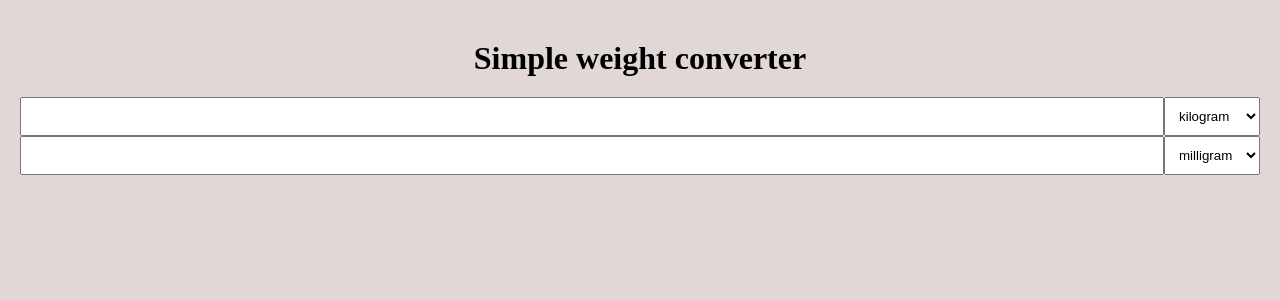
Repository: Eugene44-hub/weight-converter
Page: index.html
These files come from the project's save history. The page is drawn as it stood at one moment and after a run of saves; the edit follows.
The browser window is 1280 px wide. The pictures show the whole page.

Above is the page before, as saved 2021-09-20 04:51:14.

After the next 2 saves:
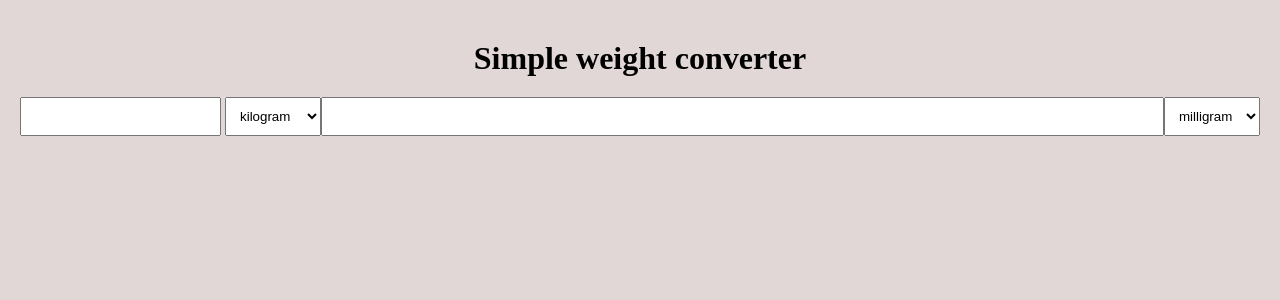
The 2 saves are shown as one change because they came seconds apart.
The last was saved 8 s later.
--- a/index.html
+++ b/index.html
@@ -13,14 +13,14 @@
     <div class="converter">
         <h1>Simple weight converter</h1>
         <div class="typed">
+            <input type="number" id="typed">
+            <select name="" id="in-weight">
+        <option value="kg">kilogram</option>
+        <option value="ou">ounce</option>
+        <option value="mg">milligram</option>
+      </select>
+        </div>
 
-        </div>
-        <input type="number" id="typed">
-        <select name="" id="in-weight">
-      <option value="kg">kilogram</option>
-      <option value="ou">ounce</option>
-      <option value="mg">milligram</option>
-    </select>
         <input type="number" id="output">
         <select name="" id="out-weight">
       <option value="mg">milligram</option>

After the save that followed:
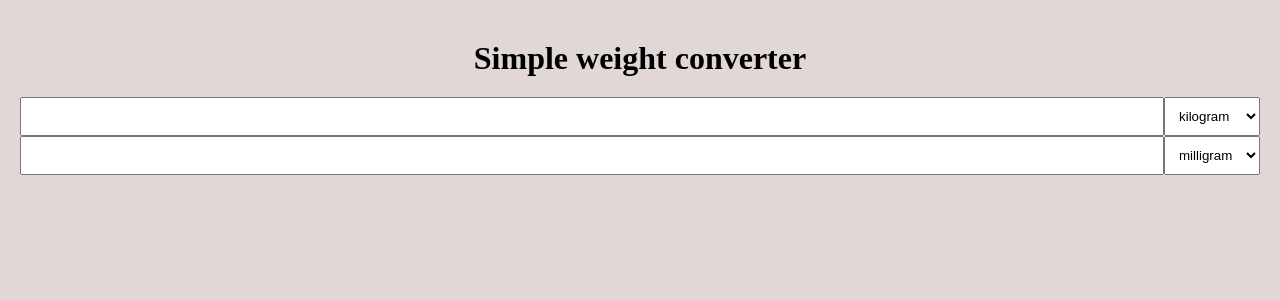
Saved 9 s later.
--- a/index.html
+++ b/index.html
@@ -12,15 +12,13 @@
 <body>
     <div class="converter">
         <h1>Simple weight converter</h1>
-        <div class="typed">
-            <input type="number" id="typed">
-            <select name="" id="in-weight">
-        <option value="kg">kilogram</option>
-        <option value="ou">ounce</option>
-        <option value="mg">milligram</option>
-      </select>
-        </div>
 
+        <input type="number" id="typed">
+        <select name="" id="in-weight">
+      <option value="kg">kilogram</option>
+      <option value="ou">ounce</option>
+      <option value="mg">milligram</option>
+    </select>
         <input type="number" id="output">
         <select name="" id="out-weight">
       <option value="mg">milligram</option>
